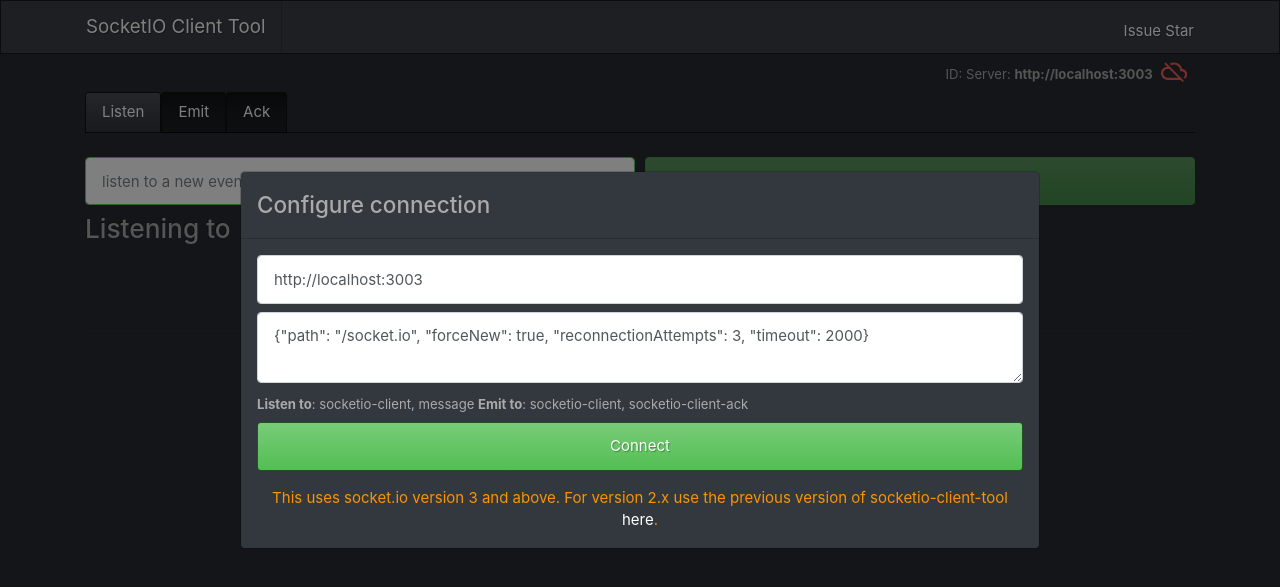
Repository: aadshalshihry/socketio-client-tool
Page: / (app in react-client-tool/)
An editor plug-in stored every save of this project. The page is shown before and after the next save, followed by the edit.
The browser window is 1280 px wide. The pictures show the whole page.
Some web libraries are served in a nearby version. The project was rebuilt for these pictures with package versions that can differ from the ones it lists, and the page was loaded fresh each time. Also part of the build but not shown: react-client-tool/src/index.css.

Above is the page before, as saved 2021-06-30 19:45:54.

### react-client-tool/public/index.html
<!DOCTYPE html>
<html lang="en">

<head>
  <meta charset="utf-8" />
  <!-- <link rel="icon" href="%PUBLIC_URL%/favicon.ico" /> -->
  <link rel="shortcut icon" type="image/png" href="favicon.png">
  <meta name="viewport" content="width=device-width, initial-scale=1" />
  <meta name="theme-color" content="#000000" />
  <meta name="description" content="Quickly test you socket.io backend apps" />
  <meta property="og:title" content="Socket.IO Client Tool" />
  <meta property="og:url" content="https://amritb.github.io/socketio-client-tool/" />
  <meta property="og:image" content="https://raw.githubusercontent.com/amritb/socketio-client-tool/master/ss1.png" />

  <title>Socket IO Client Tool</title>

  <link rel="stylesheet" href="https://cdnjs.cloudflare.com/ajax/libs/bootswatch/4.5.3/slate/bootstrap.min.css"
    integrity="sha512-Dfbzfu79H8lYHUElioPvezFPJI+wFlG4uP4tbHlRkrIhlyVzp/8sh2LQ7GmQz1+vIO9J6c/HUK5VfsMFM19piA=="
    crossorigin="anonymous" />
</head>

<body>
  <nav class="mb-1 navbar navbar-expand-sm navbar-dark bg-primary">
    <div class="container">
      <a href="/" class="navbar-brand">SocketIO Client Tool</a>
      <div class="collapse navbar-collapse" id="navbarText">
        <span class="navbar-text ml-auto mr-3 mt-2">
          <!-- Place this tag where you want the button to render. -->
          <a class="github-button" href="https://github.com/amritb/socketio-client-tool/issues"
            data-color-scheme="no-preference: dark; light: dark; dark: dark;" data-icon="octicon-issue-opened"
            aria-label="Issue amritb/socketio-client-tool on GitHub">Issue</a>
          <a class="github-button" href="https://github.com/amritb/socketio-client-tool"
            data-color-scheme="no-preference: dark; light: light; dark: dark;" data-show-count="true"
            aria-label="Star amritb/socketio-client-tool on GitHub">Star</a>
        </span>
      </div>
    </div>
  </nav>
  <noscript>You need to enable JavaScript to run this app.</noscript>
  <div id="root"></div>

  <div class="container my-5 pt-3">
    <div class="row">
      <div class="col">
        <hr />
        <div class="text-center small text-muted">
          <a href="v1/">use previous version (socket.io 2.x and below)</a><br />
          <a href="https://amritbera.com">amritbera.com</a>
        </div>
      </div>
    </div>
  </div>

  <!-- Place this tag in your head or just before your close body tag. -->
  <script async defer src="https://buttons.github.io/buttons.js"></script>

</body>

</html>

### react-client-tool/src/App.jsx
import './App.css';
import Connection from './components/connection.jsx';
import Listen from './components/listen.jsx';
import Emitter from './components/emitter.jsx';
import Ack from './components/ack.jsx';
import { useEffect, useState, useRef } from 'react';
import { io } from 'socket.io-client';
import { Container, Row, Col, Modal, Tabs, Tab } from 'react-bootstrap';
import { MdCloudDone, MdCloudOff } from 'react-icons/md';



function App() {

  const [socket, setSocket] = useState(null);
  const [isReady, setIsReady] = useState(false);

  const isReadyRef = useRef();
  isReadyRef.current = isReady;

  const [connData, setConnData] = useState({
    connected: false,
    loading: false,
    server: 'http://localhost:3003',
    config: '{"path": "/socket.io", "forceNew": true, "reconnectionAttempts": 3, "timeout": 2000}',
    errors: []
  });

  const [appConfig, setAppConfig] = useState(0);
  const [eventsToListenFor, setEventsToListenFor] = useState(['socketio-client', 'message']);

  const [listenTo, setListenTo] = useState([]);
  const [emitTo, setEmitTo] = useState(['socketio-client', 'socketio-client-ack']);

  // Storage
  const [emitHistory, setEmitHistory] = useState([]);
  const [listenHistory, setListenHistory] = useState([]);
  const [ackHistory, setAckHistory] = useState([]);

  const createConnection = (url, config) => {
    setConnData(() => {
      return {
        connected: false,
        loading: true,
        socketId: 'connecting..',
        server: url,
        config: config,
        errors: []
      }
    });
    setSocket(() => io(url, JSON.parse(config)));
  }

  useEffect(() => {
    if (socket === null) {
      return;
    }
    socket.on("connect", () => {
      if (isReadyRef.current === true) {
        return;
      }

      setConnData(() => {
        return {
          connected: true,
          loading: false,
          server: connData.url,
          socketId: socket.id,
          config: connData.config,
          errors: []
        }
      });
      addListener(eventsToListenFor);
      setIsReady(() => true);
    });

  });

  useEffect(() => {

  }, [listenTo]);

  function addListener(channels) {
    channels.forEach(channel => {
      const channelsToAdd = [];
      if (!listenTo.includes(channel)) {
        channelsToAdd.push(channel);
        socket.on(channel, (response) => {
          console.log("data received", channel, response);
          const d = new Date();
          const data = {
            key: d.toLocaleString(),
            date: d,
            channel: channel,
            data: typeof response === 'string' ? response : JSON.stringify(response, null, 2),
            dataType: typeof response === 'string' ? 'string' : 'json'
          };
          setListenHistory(i => [data, ...i]);
        });
      }
      setListenTo(items => [...channelsToAdd, ...items]);
    });
  }

  const addEmitTo = (channel) => {
    setEmitTo((items) => [channel, ...items]);
  }

  const emitData = (emitChannel, dataToEmit) => {
    socket.emit(emitChannel, dataToEmit, (ack) => {
      const date = new Date();
      const store = {
        key: date.toUTCString(),
        channel: emitChannel,
        date: date,
        data: ack,
        type: typeof ack === 'string' ? 'string' : 'json'
      }
      setAckHistory(items => [store, ...items]);
    });
    const date = new Date();
    const store = {
      key: date.toUTCString(),
      channel: emitChannel,
      date: date,
      data: dataToEmit,
      type: typeof dataToEmit === 'string' ? 'string' : 'json'
    }
    setEmitHistory(items => [store, ...items]);
  }

  // const histryStackChannelsFilter = (item, channels) => {
  //   return !channels.includes(item.channel);
  // }

  function clearHistory(stack, channels) {
    switch (stack) {
      case 'emit':
        setEmitHistory(() => []);
        break;
      case 'listen':
        setListenHistory(items => items.filter(i => !channels.includes(i.channel)));
        break;
      case 'ack':
        setAckHistory(() => []);
        break;
      default:
        break;
    }
  }

  useEffect(() => {

    function setHash() {
      const hashObj = {
        server: connData.server,
        listen: listenTo,
        emit: emitTo,
        config: connData.config
      };
      window.location.hash = window.btoa(JSON.stringify(hashObj));
    }

    function getHash() {
      return window.location.hash === "" ? false : JSON.parse(window.atob(window.location.hash.split("#")[1]));
    }

    if (connData.connected) {
      setHash();
    } else {
      const d = getHash();

      if (d !== false && appConfig === 0) { // Has hash value on load
        setAppConfig(() => 1);
        if (d.listen.length > 0) {
          setEventsToListenFor(() => d.listen);
        }
        setEmitTo(() => d.emit);
        setConnData(() => {
          return {
            connected: false,
            loading: false,
            server: d.server,
            config: d.config,
            errors: []
          };
        });
      }
    }
  }, [connData.connected, connData.server, connData.config, listenTo, emitTo, appConfig]);

  return (
    <div className="App">
      <Container>
        <Row>
          <Col className="text-right">
            <span className="small">
              ID: <b>{connData.socketId}</b> Server: <b>{connData.server}</b>
            </span>
            {connData.connected ? <MdCloudDone className="text-success ml-3 h3" /> : <MdCloudOff className="text-danger mx-2 h3" />}
          </Col>
        </Row>

        <Row>
          <Col>
            <Tabs defaultActiveKey="listen" className="mb-4 nav-fillx">
              <Tab eventKey="listen" title="Listen">
                <Listen listeners={listenTo} addListener={addListener} listenHistory={listenHistory} clearHistory={clearHistory} stack="listen" />

              </Tab>

              <Tab eventKey="emit" title="Emit">
                <Emitter emitToChannels={emitTo} addEmitTo={addEmitTo} emitData={emitData} emitHistory={emitHistory} clearHistory={clearHistory} stack="emit" />
              </Tab>

              <Tab eventKey="ack" title="Ack">
                <Ack ackHistory={ackHistory} stack="ack" clearHistory={clearHistory} />
              </Tab>

            </Tabs>
          </Col>
        </Row>
      </Container>


      <Modal show={!(connData.connected)} backdrop="static" centered size="lg">

        <Modal.Header>
          <Modal.Title>
            Configure connection
            </Modal.Title>
        </Modal.Header>

        <Modal.Body>
          <Connection eventsToListenFor={eventsToListenFor} emitTo={emitTo} connData={connData} createConnection={createConnection} />
        </Modal.Body>
      </Modal>
    </div >
  );
}

export default App;

### react-client-tool/src/components/connection.jsx
import { useState, useEffect } from 'react';
import { Form, Col, Button, Alert } from 'react-bootstrap';

export default function Connection({ connData, createConnection, eventsToListenFor, emitTo }) {
  const [formValid, setFormValid] = useState([]);
  const [serverUrl, setServerUrl] = useState([]);
  const [config, setConfig] = useState();

  const onFormSubmit = (e) => {
    e.preventDefault();
    e.stopPropagation();

    try {
      JSON.parse(config);
    } catch (e) {
      console.log('cannot parse config json', e);
      setFormValid(() => [e]);
      return;
    }

    setFormValid(() => []);
    createConnection(serverUrl, config);
  }

  useEffect(() => {
    setConfig(() => connData.config);
    setServerUrl(() => connData.server);
  }, [connData]);

  return (
    <>
      <Alert variant="danger" show={(connData.errors).length > 0 || formValid.length > 0}>
        {connData.errors.join(', ')} {formValid.join(', ')}
      </Alert>

      <Form onSubmit={onFormSubmit}>
        <Form.Row className="mb-2">
          <Col>
            <Form.Control required value={serverUrl} placeholder="server url" type="url" onChange={(e) => setServerUrl(e.target.value)} />
          </Col>
        </Form.Row>
        <Form.Row className="mb-2">
          <Col>
            <Form.Control as="textarea" placeholder="JSON config" value={config} onChange={(e) => setConfig(e.target.value)} />
          </Col>
        </Form.Row>
        <Form.Row className="mt-2">
          <Col>
            <Form.Text className="mb-2">
              <strong>Listen to</strong>: {eventsToListenFor.join(', ')} <strong>Emit to</strong>: {emitTo.join(', ')}
            </Form.Text>
            <Button variant="success" type="submit" block disabled={connData.loading}>{connData.loading ? 'Connecting...' : 'Connect'}</Button>
            <div className="mt-3 text-center text-warning">
              This uses socket.io version 3 and above. For version 2.x use the previous version of socketio-client-tool <a href="v1/">here</a>.
            </div>
          </Col>
        </Form.Row>
      </Form>
    </>
  )
}

### react-client-tool/src/components/listen.jsx
import { useState } from "react";
import History from './history.jsx';
import { Form, Button, Col, Alert } from 'react-bootstrap';

export default function Listen({ listeners, addListener, listenHistory, clearHistory }) {

  const [channel, setChannel] = useState('');
  const [formValidation, setFormValidation] = useState([]);

  const getChannelMessages = (channel) => {
    return listenHistory.filter(item => channel === item.channel);
  }

  const listenerBoxes = listeners.map((item, index) => {
    return (
      <History key={index} data={getChannelMessages(item)} title={item} stack="listen" channels={[item]} clearHistory={clearHistory} />
    );
  });

  const onFormSubmit = (e) => {
    e.preventDefault();
    addListener([channel]);
    setChannel('');
  }

  const channelTextBoxChange = e => {
    setChannel(e.target.value.trim());
    setFormValidation(v => []);
    if (listeners.includes(e.target.value)) {
      setFormValidation(v => [...v, 'Event already exists']);
    }
  }

  return (
    <div>
      <div>
        <Alert variant="danger" show={(formValidation).length > 0}>
          {formValidation.join(', ')}
        </Alert>
        <Form onSubmit={onFormSubmit} noValidate validated={formValidation.length === 0}>
          <Form.Row className="mb-2">
            <Col>
              <Form.Control placeholder="listen to a new event..." value={channel} onChange={channelTextBoxChange} />
            </Col>
            <Col>
              <Button variant="success" type="submit" block disabled={formValidation.length !== 0 || channel.length < 1}>Add</Button>
            </Col>
          </Form.Row>
        </Form>
      </div>
      <h3>Listening to</h3>
      {listenerBoxes}
    </div>
  );
}

### react-client-tool/src/components/emitter.jsx
import { useState } from 'react';
import { Form, Col, Button, Alert } from 'react-bootstrap';
import History from './history.jsx';

export default function Emitter({ emitToChannels, addEmitTo, emitData, emitHistory, clearHistory, stack }) {
  const [emitChannel, setEmitChannel] = useState('socketio-client');
  const [emitText, setEmitText] = useState('');
  const [emitDataJson, setEmittDataJson] = useState(false);
  const [newEmitter, setNewEmitter] = useState('');
  const [emitFormErrors, setEmitFormErrors] = useState([]);

  const onEmitDataSubmit = (e) => {
    e.preventDefault();

    let dataToEmit = emitText;

    if (emitDataJson === true) {
      try {
        dataToEmit = JSON.parse(emitText);
      } catch (error) {
        // setEmitFormErrors((items) => [...items, `Failed to parse JSON data: ${error}`]);
        setEmitFormErrors(() => [`Failed to parse JSON data: ${error}`]);
        return;
      }
    }
    setEmitText(() => '');
    setEmitFormErrors(() => []);
    emitData(emitChannel, dataToEmit);
  }

  const onAddEmitterSubmit = (e) => {
    e.preventDefault();
    addEmitTo(newEmitter);
    setNewEmitter('');
    setEmitChannel(() => newEmitter);
  }

  const eventOptions = emitToChannels.map((item) => {
    return (
      <option key={item} value={item}>{item}</option>
    );
  });

  return (
    <div>
      <Form onSubmit={onAddEmitterSubmit} className="mb-3">
        <Form.Row>
          <Col xs={4}>
            <Form.Control size="sm" value={newEmitter} onChange={(e) => setNewEmitter(e.target.value)} placeholder="Event name" />
          </Col>
          <Col xs={2}>
            <Button size="sm" variant="info" type="submit" block>Add</Button>
          </Col>
        </Form.Row>
      </Form>

      <hr />

      <Form onSubmit={onEmitDataSubmit}>
        <Alert variant="danger" show={emitFormErrors.length > 0}>
          {emitFormErrors.join(', ')}
        </Alert>
        <Form.Row className="mb-2">
          <Col>
            <Form.Control as="select" value={emitChannel} onChange={(e) => setEmitChannel(e.target.value)}>
              {eventOptions}
            </Form.Control>
          </Col>
          <Col>
            <Form.Check type="switch" id="is-json" label="JSON data" value={emitDataJson} onChange={(e) => setEmittDataJson(() => e.target.checked)} placeholder="data..." className="pt-3 pl-5" />
          </Col>
        </Form.Row>
        <Form.Row className="mb-2">
          <Col>
            <Form.Control as="textarea" value={emitText} onChange={(e) => setEmitText(e.target.value)} />
          </Col>
        </Form.Row>
        <Form.Row>
          <Col>
            <Button variant="success" type="submit" block>Emit</Button>
          </Col>
        </Form.Row>
      </Form>

      <hr />
      <div className="mt-4">
        <History data={emitHistory} emitBack={emitData} title="Messages" clearHistory={clearHistory} stack={stack} />
      </div>
    </div>
  );
}

### react-client-tool/src/components/ack.jsx
import History from './history.jsx';

export default function Ack({ ackHistory, clearHistory }) {
  return (
    <History data={ackHistory} title="Messages" stack="ack" clearHistory={clearHistory} />
  );
}

### react-client-tool/src/components/history.jsx
import { Button, ListGroup } from 'react-bootstrap'
import { Col, Row, Badge } from 'react-bootstrap';
import { BsTrash } from 'react-icons/bs';

export default function History({ data, title, stack, channels, clearHistory, emitBack }) {
  const emitButtonClick = (e, item) => {
    if (typeof emitBack === 'function') {
      emitBack(item.channel, item.data);
    }
  }

  const items = data.map((item) => {
    return (
      <ListGroup.Item key={item.date.toISOString() + '--' + item.channel}>
        <Row>
          <Col sm={4}>
            <small>{item.date.toLocaleTimeString()}</small> <br /> <Badge variant="info">{item.channel}</Badge>
          </Col>
          <Col>
            <div className="float-right">
              <Button className={typeof emitBack !== 'function' ? 'd-none': ''} size="sm" variant="warning" onClick={e => emitButtonClick(e, item)}>emit</Button>
            </div>
            <pre>{typeof item.data === "string" ? item.data : JSON.stringify(item.data, null, 2)}</pre>
          </Col>
        </Row>
      </ListGroup.Item>
    );
  });

  const clearHistoryClick = (e) => {
    clearHistory(stack, channels);
  }

  return (
    <div>
      <div className="mt-4 histories">
        <h3>
          {title}
          <Button size="sm" onClick={clearHistoryClick} className={items.length > 0 ? "ml-2 " : "d-none" } variant="danger"><BsTrash className="mr-2" />clear</Button>
          </h3>
        <ListGroup variant="flush rounded text-white">
          {items}
        </ListGroup>
      </div>
    </div>
  );
}

Loaded but not shown: react-client-tool/src/index.js (common file); react-client-tool/src/App.css (no stored copy; drawn as an empty file)

After the next save:
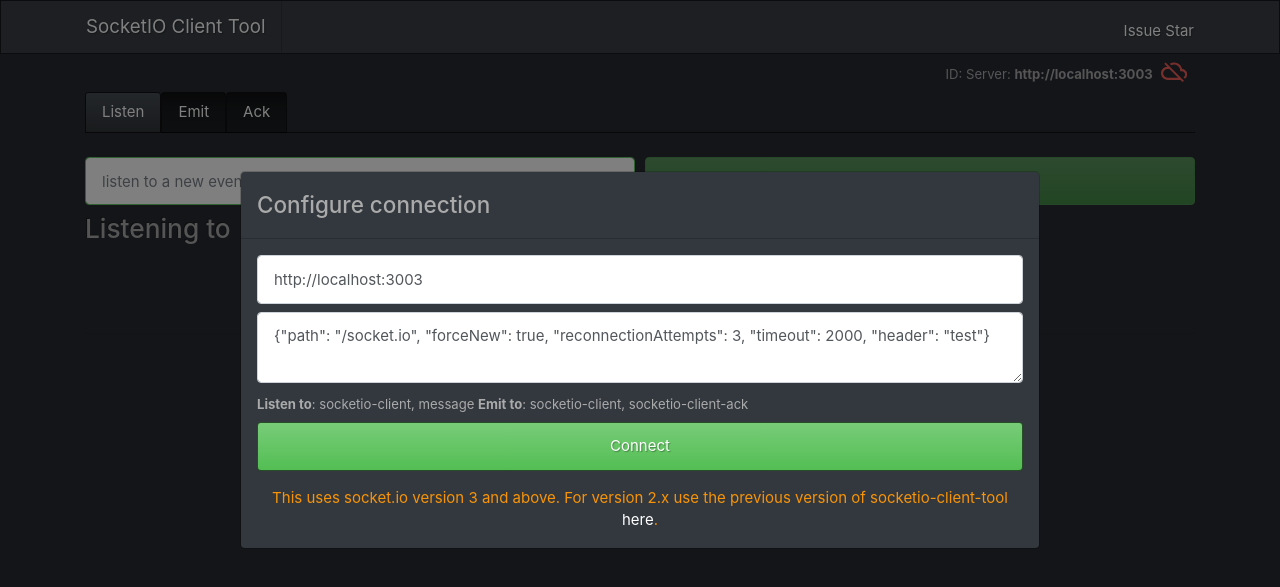
Saved 73 s later.
--- a/react-client-tool/src/App.jsx
+++ b/react-client-tool/src/App.jsx
@@ -22,7 +22,7 @@
     connected: false,
     loading: false,
     server: 'http://localhost:3003',
-    config: '{"path": "/socket.io", "forceNew": true, "reconnectionAttempts": 3, "timeout": 2000}',
+    config: '{"path": "/socket.io", "forceNew": true, "reconnectionAttempts": 3, "timeout": 2000, "header": "test"}',
     errors: []
   });
 
